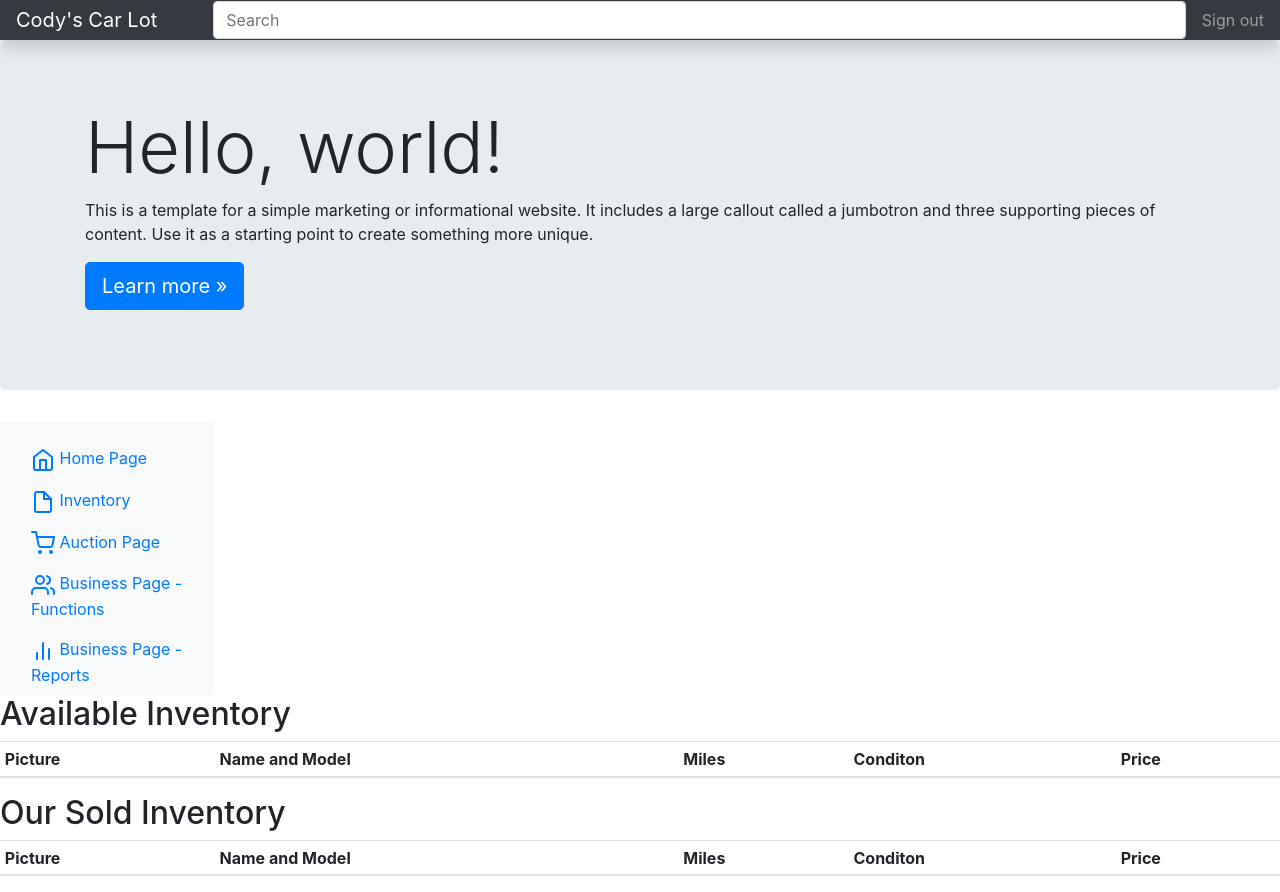
Repository: CodyHogge/CarDealershipProject
Page: http://localhost/CarDealershipProject/booted_inventory.jsp
These files come from the project's save history. The page is drawn as it stood at one moment and after the next save; the edit follows.
The browser window is 1280 px wide. The pictures show the whole page.
The page is served by Tomcat 9. Other server files are loaded and not shown. The template is opened directly, without the code that normally fills it, so the values that code supplies are empty.

Above is the page before, as saved 2020-09-16 15:52:34.

### CarDealershipProject/WebContent/booted_inventory.jsp
<%@ taglib prefix="c" uri="http://java.sun.com/jsp/jstl/core" %>
<%@ page language="java" contentType="text/html; charset=ISO-8859-1"
    pageEncoding="ISO-8859-1"%>
<!DOCTYPE html>
<html>
<head>
<meta charset="ISO-8859-1">
<title>Cody's Car Lot</title>
<link rel="stylesheet" href="https://stackpath.bootstrapcdn.com/bootstrap/4.5.2/css/bootstrap.min.css" integrity="sha384-JcKb8q3iqJ61gNV9KGb8thSsNjpSL0n8PARn9HuZOnIxN0hoP+VmmDGMN5t9UJ0Z" crossorigin="anonymous">
<link rel="stylesheet" href="./styles/styles.css">
</head>
<body>
	<nav class="navbar navbar-dark sticky-top bg-dark flex-md-nowrap p-0 shadow">
  		<a class="navbar-brand col-md-3 col-lg-2 mr-0 px-3" href="#">Cody's Car Lot</a>
  			<button class="navbar-toggler position-absolute d-md-none collapsed" type="button" data-toggle="collapse" data-target="#sidebarMenu" aria-controls="sidebarMenu" aria-expanded="false" aria-label="Toggle navigation">
    			<span class="navbar-toggler-icon"></span>
  			</button>
  		<input class="form-control form-control-dark w-100" type="text" placeholder="Search" aria-label="Search">
  			<ul class="navbar-nav px-3">
    			<li class="nav-item text-nowrap">
      				<a class="nav-link" href="#">Sign out</a>
    			</li>
  			</ul>
	</nav>

	<div class="jumbotron">
    <div class="container">
      <h1 class="display-3">Hello, world!</h1>
      <p>This is a template for a simple marketing or informational website. It includes a large callout called a jumbotron and three supporting pieces of content. Use it as a starting point to create something more unique.</p>
      <p><a class="btn btn-primary btn-lg" href="#" role="button">Learn more »</a></p>
    </div>
  	</div>




	<div class="container-fluid">
  		<div class="row">
    		<nav id="sidebarMenu" class="col-md-3 col-lg-2 d-md-block bg-light sidebar collapse show" style="">
      			<div class="sidebar-sticky pt-3">
        			<ul class="nav flex-column">
          				<li class="nav-item">
            				<a class="nav-link active" href="booted_home.jsp">
              					<svg xmlns="http://www.w3.org/2000/svg" width="24" height="24" viewBox="0 0 24 24" fill="none" stroke="currentColor" stroke-width="2" stroke-linecap="round" stroke-linejoin="round" class="feather feather-home"><path d="M3 9l9-7 9 7v11a2 2 0 0 1-2 2H5a2 2 0 0 1-2-2z"></path><polyline points="9 22 9 12 15 12 15 22"></polyline></svg>
              					Home Page
            				</a>
          				</li>
          				<li class="nav-item">
            				<a class="nav-link" href="booted_inventory.jsp">
              					<svg xmlns="http://www.w3.org/2000/svg" width="24" height="24" viewBox="0 0 24 24" fill="none" stroke="currentColor" stroke-width="2" stroke-linecap="round" stroke-linejoin="round" class="feather feather-file"><path d="M13 2H6a2 2 0 0 0-2 2v16a2 2 0 0 0 2 2h12a2 2 0 0 0 2-2V9z"></path><polyline points="13 2 13 9 20 9"></polyline></svg>
              					Inventory <span class="sr-only">(current)</span>
            				</a>
          				</li>
          				<li class="nav-item">
            				<a class="nav-link" href="booted_auction.jsp">
              					<svg xmlns="http://www.w3.org/2000/svg" width="24" height="24" viewBox="0 0 24 24" fill="none" stroke="currentColor" stroke-width="2" stroke-linecap="round" stroke-linejoin="round" class="feather feather-shopping-cart"><circle cx="9" cy="21" r="1"></circle><circle cx="20" cy="21" r="1"></circle><path d="M1 1h4l2.68 13.39a2 2 0 0 0 2 1.61h9.72a2 2 0 0 0 2-1.61L23 6H6"></path></svg>
              					Auction Page
            				</a>
          				</li>
          				<li class="nav-item">
            				<a class="nav-link" href="booted_functions.jsp">
              					<svg xmlns="http://www.w3.org/2000/svg" width="24" height="24" viewBox="0 0 24 24" fill="none" stroke="currentColor" stroke-width="2" stroke-linecap="round" stroke-linejoin="round" class="feather feather-users"><path d="M17 21v-2a4 4 0 0 0-4-4H5a4 4 0 0 0-4 4v2"></path><circle cx="9" cy="7" r="4"></circle><path d="M23 21v-2a4 4 0 0 0-3-3.87"></path><path d="M16 3.13a4 4 0 0 1 0 7.75"></path></svg>
              					Business Page - Functions
            				</a>
          				</li>
          				<li class="nav-item">
            				<a class="nav-link" href="booted_reports.jsp">
              					<svg xmlns="http://www.w3.org/2000/svg" width="24" height="24" viewBox="0 0 24 24" fill="none" stroke="currentColor" stroke-width="2" stroke-linecap="round" stroke-linejoin="round" class="feather feather-bar-chart-2"><line x1="18" y1="20" x2="18" y2="10"></line><line x1="12" y1="20" x2="12" y2="4"></line><line x1="6" y1="20" x2="6" y2="14"></line></svg>
              					Business Page - Reports
            				</a>
          				</li>
        			</ul>
      			</div>
    		</nav>
 		</div>
	</div> <!-- Close side bar -->

	<h2>Available Inventory</h2>
	<div class="table-responsive">
        <table class="table table-striped table-sm">
          <thead>
            <tr>
              <th>Picture</th>
              <th>Name and Model</th>
              <th>Miles</th>
              <th>Conditon</th>
              <th>Price</th>
            </tr>
          </thead>
          <tbody>
          	<c:forEach var="car" items="${inventoryList}">
          		<c:if test="${car.getOwnerDate == null}">
          			<tr>
              			<td>Picture</td>
              			<td>Name</td>
              			<td>Miles</td>
              			<td>Condition</td>
              			<td>Price</td>
            		</tr>
            	</c:if>
          	</c:forEach>
          </tbody>
        </table>
      </div>

      <h2>Our Sold Inventory</h2>
      <div class="table-responsive">
        <table class="table table-striped table-sm">
          <thead>
            <tr>
              <th>Picture</th>
              <th>Name and Model</th>
              <th>Miles</th>
              <th>Conditon</th>
              <th>Price</th>
            </tr>
          </thead>
          <tbody>
          	<c:forEach var="car" items="${inventoryList}">
          		<c:if test="${car.getOwnerDate != null}">
          			<tr>
              			<td>Picture</td>
              			<td>Name</td>
              			<td>Miles</td>
              			<td>Condition</td>
              			<td>Price</td>
            		</tr>
            	</c:if>
          	</c:forEach>
          </tbody>
        </table>
      </div>







</body>
</html>

### CarDealershipProject/WebContent/styles/styles.css
.top-banner{
	font-variant: small-caps;
	font-size: 16pt;
	border-style: dotted;
	border-right-width: 1px;
	border-left-width: 1px;
	border-top-width: 1px;
	border-bottom-width: 1px;
	border-color: black;
	background-color: #d5d5d5;
	color: orange;
}

.avail-cars{
	margin: 15px;
	background-color: #d5d5d5;
	border-style: solid;
	border-right-width: 1px;
	border-left-width: 1px;
	border-top-width: 1px;
	border-bottom-width: 1px;
	border-color: black;
}

.avail-cars.td{
	background-color: gray;
	border-style: solid;
	border-right-width: 2px;
	border-left-width: 2px;
	border-top-width: 2px;
	border-bottom-width: 2px;
	border-color: black;
}

.sold-cars{
	margin: 15px;
	background-color: #d5d5d5;
	border-style: solid;
	border-right-width: 1px;
	border-left-width: 1px;
	border-top-width: 1px;
	border-bottom-width: 1px;
	border-color: black;
}

.h4{
	margin: 10px;
	font-variant: small-caps;
}

After the next save:
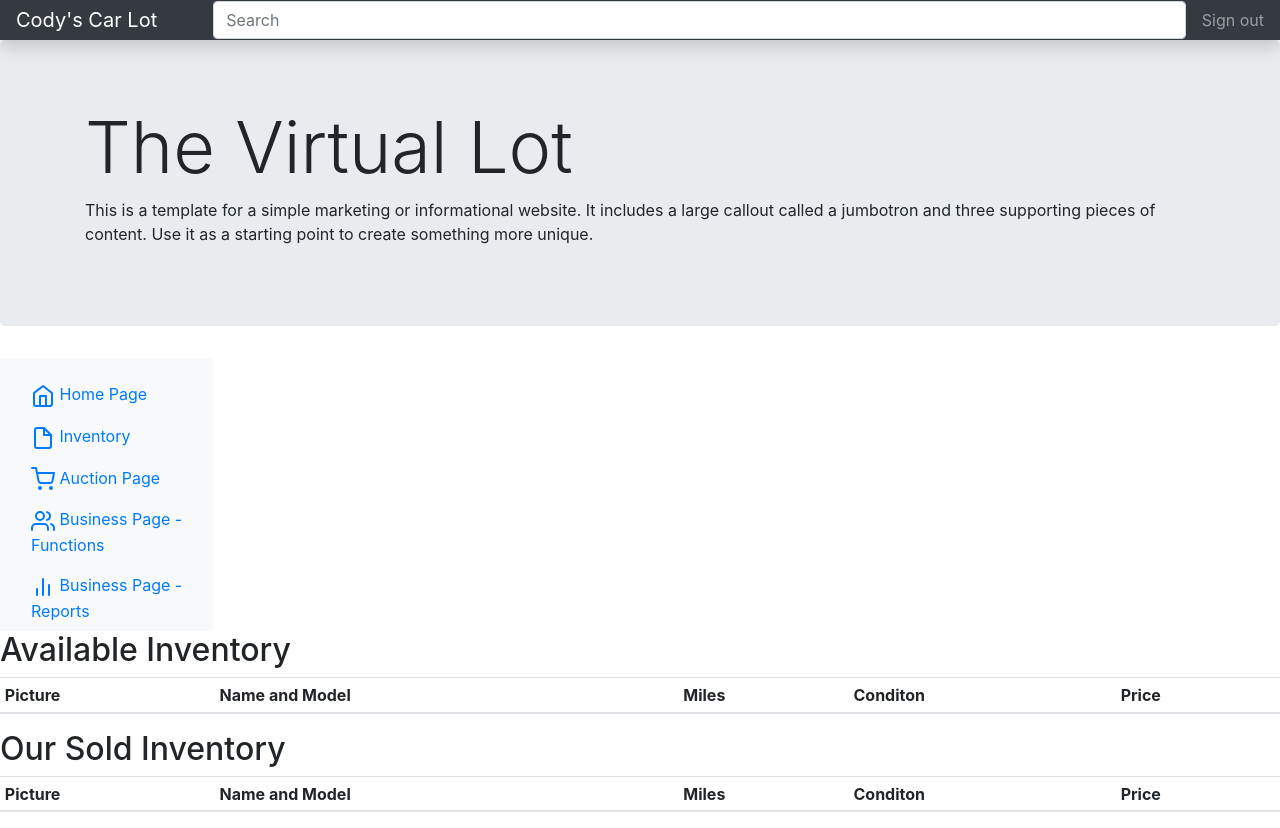
Saved 67 s later.
--- a/CarDealershipProject/WebContent/booted_inventory.jsp
+++ b/CarDealershipProject/WebContent/booted_inventory.jsp
@@ -25,9 +25,8 @@
 
 	<div class="jumbotron">
     <div class="container">
-      <h1 class="display-3">Hello, world!</h1>
+      <h1 class="display-3">The Virtual Lot</h1>
       <p>This is a template for a simple marketing or informational website. It includes a large callout called a jumbotron and three supporting pieces of content. Use it as a starting point to create something more unique.</p>
-      <p><a class="btn btn-primary btn-lg" href="#" role="button">Learn more »</a></p>
     </div>
   	</div>
 
